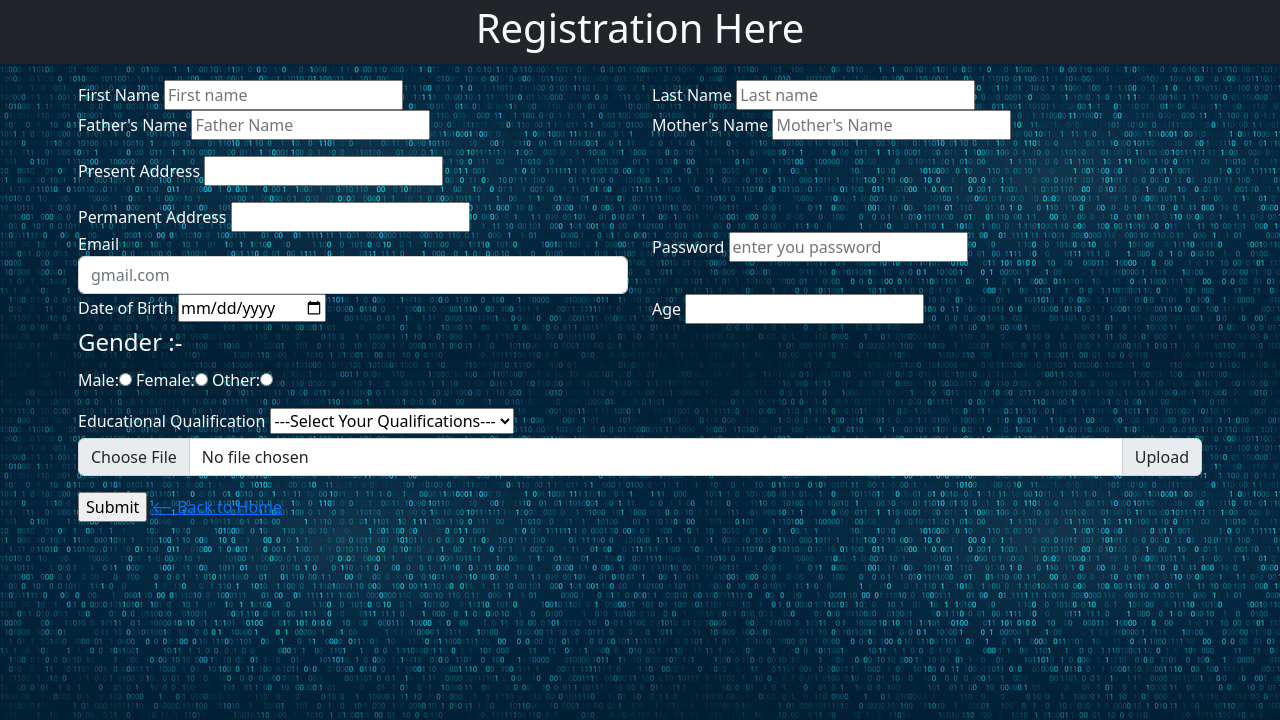
Repository: OmarFaruq97/JspServlet
Page: http://localhost/Form/pages/MainForm.jsp
An editor plug-in stored every save of this project. The page is shown before and after the next save, followed by the edit.
The browser window is 1280 px wide. The pictures show the whole page.
The page is served by Tomcat 9. Other server files are loaded and not shown.

Above is the page before, as saved 2025-02-07 11:59:09.

### Form/src/main/webapp/pages/MainForm.jsp
<%@ page language="java" contentType="text/html; charset=UTF-8"
    pageEncoding="UTF-8"%>


<!DOCTYPE html>
<html>
<head>
<meta charset="UTF-8">
<title>Registration Form</title>
<link href="https://cdn.jsdelivr.net/npm/bootstrap@5.2.3/dist/css/bootstrap.min.css" rel="stylesheet">
	<style type="text/css">
		body {
					background: url(pic.jpg);
			}
	</style>
</head>
<body>

  <div class="container-fluid bg-dark text-light py-1">

	    <header class="text-center">
			 <h2 class="display-6">Registration Here</h2>
	    </header>

  </div>

  <form action= "StudentServlet" method= "post">
  	<input type="hidden" name="action" value="add">

    <section class="container my-2 text-light w-65 p-2">

      <div class="row">
        <div class="col">
          <label for="firstname">First Name</label>
          <input type="text" id="firstname"  name="firstname"  placeholder="First name">
        </div>

        <div class="col">
          <label for="lastname">Last Name</label>
          <input type="text" id="lastname" name= "lastname" placeholder="Last name">
        </div>
      </div>
      <div class="row">
        <div class="col mb-3">
          <label for="lastname">Father's Name</label>
          <input type="text" id="fathername" name= "fathername" placeholder="Father Name">
        </div>

        <div class="col">
          <label for="mothername">Mother's Name</label>
          <input type="text" id="mothername" name="mothernamemn"  placeholder="Mother's Name">
        </div>
      </div>

      <div class="mb-3">
        <label for="presentaddress">Present Address</label>
        <input type="text"  id="presentaddress" name ="presentaddress">
      </div>
      <div>
        <label for="permanentaddress">Permanent Address</label>
        <input type="text"  id="permanentaddress" name ="permanentaddress">
      </div>

      <div class="row">
        <div class="col">
          <label for="em">Email</label>
          <input type="email" class="form-control" placeholder="gmail.com" id="em">
        </div>

        <div class="col">
          <label for="password">Password</label>
          <input type="password" id="password" name= "password"  placeholder="enter you password">
        </div>
      </div>

      <div class="row">
		        <div class="col-6">
			          <label for="dateofbirth">Date of Birth</label>
			          <input type="date" name="dateofbirth" id="dateofbirth" >
		        </div>

	        <div class="col-6">
		          <label for ="age">Age</label>
		          <input type="number" name="" id="age" >
	        </div>
      </div>

      <fieldset>

	        <legend>Gender :- </legend>
	        Male:<input type="radio" name="gn">
	        Female:<input type="radio" name="gn">
	        Other:<input type="radio" name="gn">

      </fieldset>

      <div class="mt-3">
        <label>Educational Qualification</label>
        <select>
          <option>---Select Your Qualifications---</option>
          <option>GRADUATE/FAZIL</option>
          <option>HSC/DHAKHIL</option>
          <option>SSC/ALIM</option>
        </select>
      </div>

      <div class="input-group mt-1">
        <input type="file" class="form-control" id="inputGroupFile02">
        <label class="input-group-text" for="inputGroupFile02">Upload</label>
      </div>

      <div class="mt-3">
        <input type="Submit" name="" value="Submit">
        <a class="yellow-btn" href="/Form">⟵ Back to Home</a>

      </div>
    </section>
  </form>


  <script src="https://cdn.jsdelivr.net/npm/bootstrap@5.2.3/dist/js/bootstrap.bundle.min.js"></script>

</body>
</html>

After the next save:
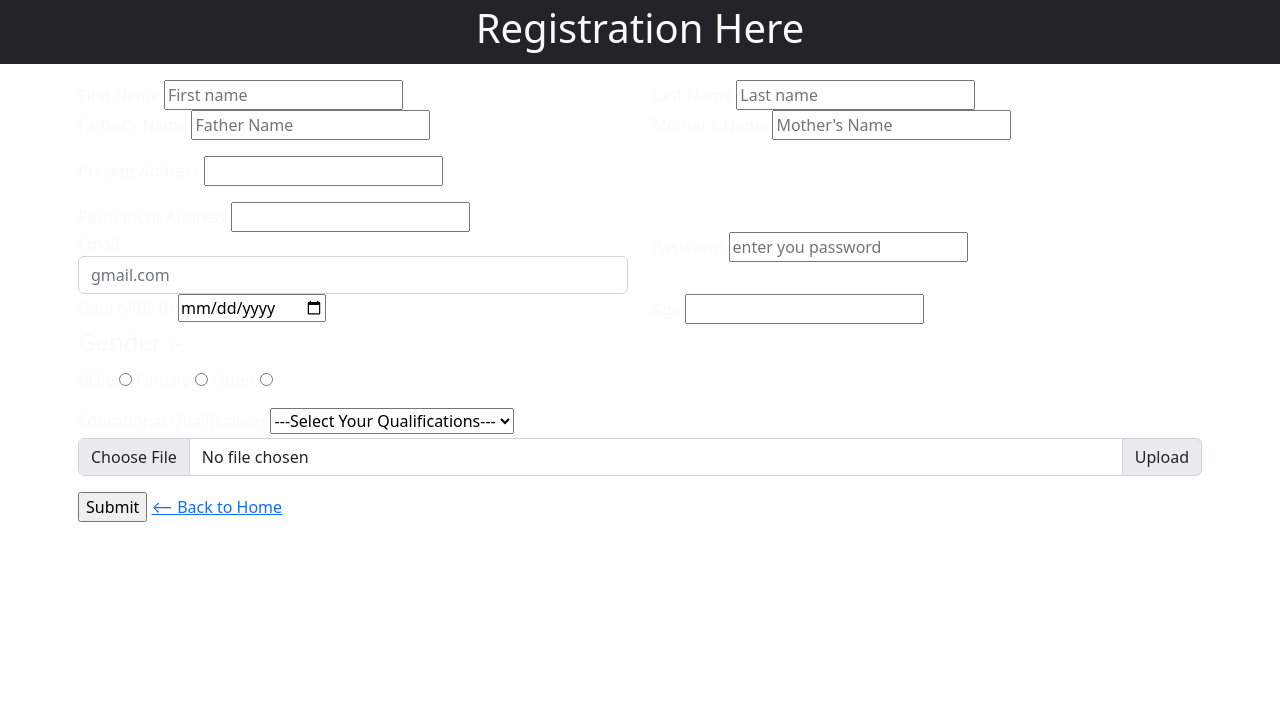
Saved 73 s later.
--- a/Form/src/main/webapp/pages/MainForm.jsp
+++ b/Form/src/main/webapp/pages/MainForm.jsp
@@ -9,7 +9,7 @@
 <title>Registration Form</title>
 <link href="https://cdn.jsdelivr.net/npm/bootstrap@5.2.3/dist/css/bootstrap.min.css" rel="stylesheet">
 	<style type="text/css">
-		body {
+		.body {
 					background: url(pic.jpg);
 			}
 	</style>

After the save that followed:
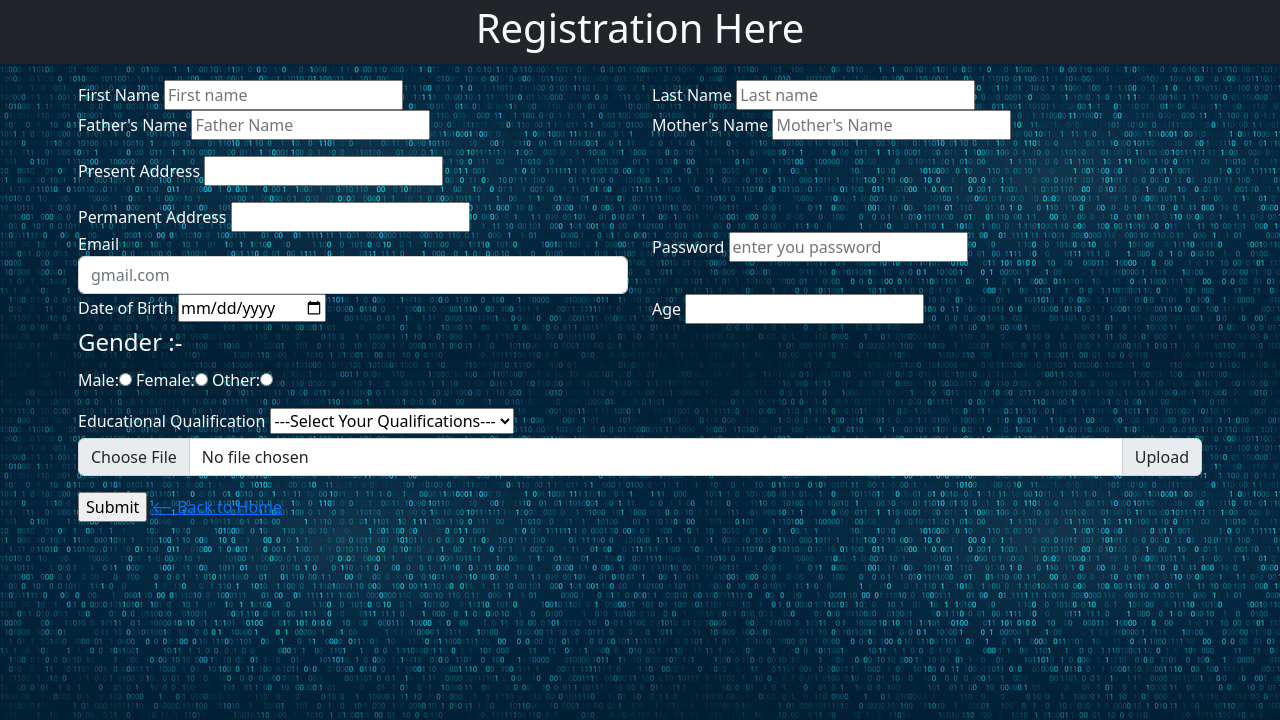
Saved 11 s later.
--- a/Form/src/main/webapp/pages/MainForm.jsp
+++ b/Form/src/main/webapp/pages/MainForm.jsp
@@ -9,7 +9,7 @@
 <title>Registration Form</title>
 <link href="https://cdn.jsdelivr.net/npm/bootstrap@5.2.3/dist/css/bootstrap.min.css" rel="stylesheet">
 	<style type="text/css">
-		.body {
+		body {
 					background: url(pic.jpg);
 			}
 	</style>
